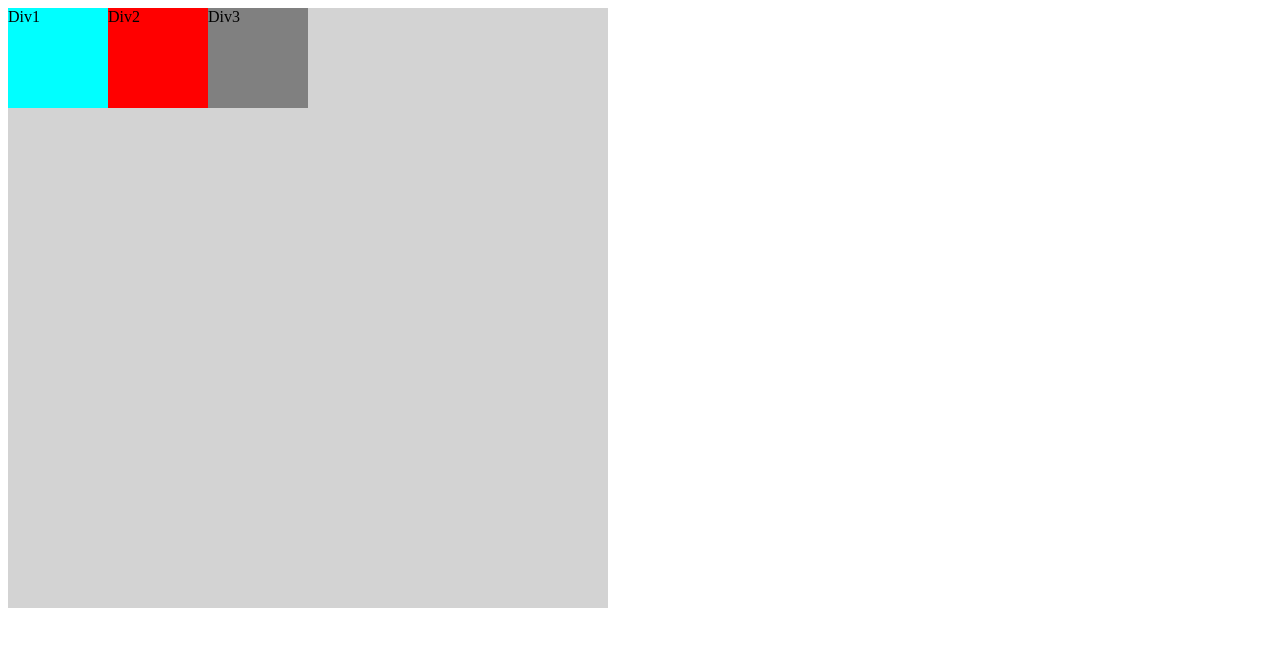
Repository: Sayan-100/Javascript
Page: Flex align content/index.html
These files come from the project's save history. The page is drawn as it stood at one moment and after the next save; the edit follows.
The browser window is 1280 px wide. The pictures show the whole page.

Above is the page before, as saved 2021-12-31 17:18:49.

After the next save:
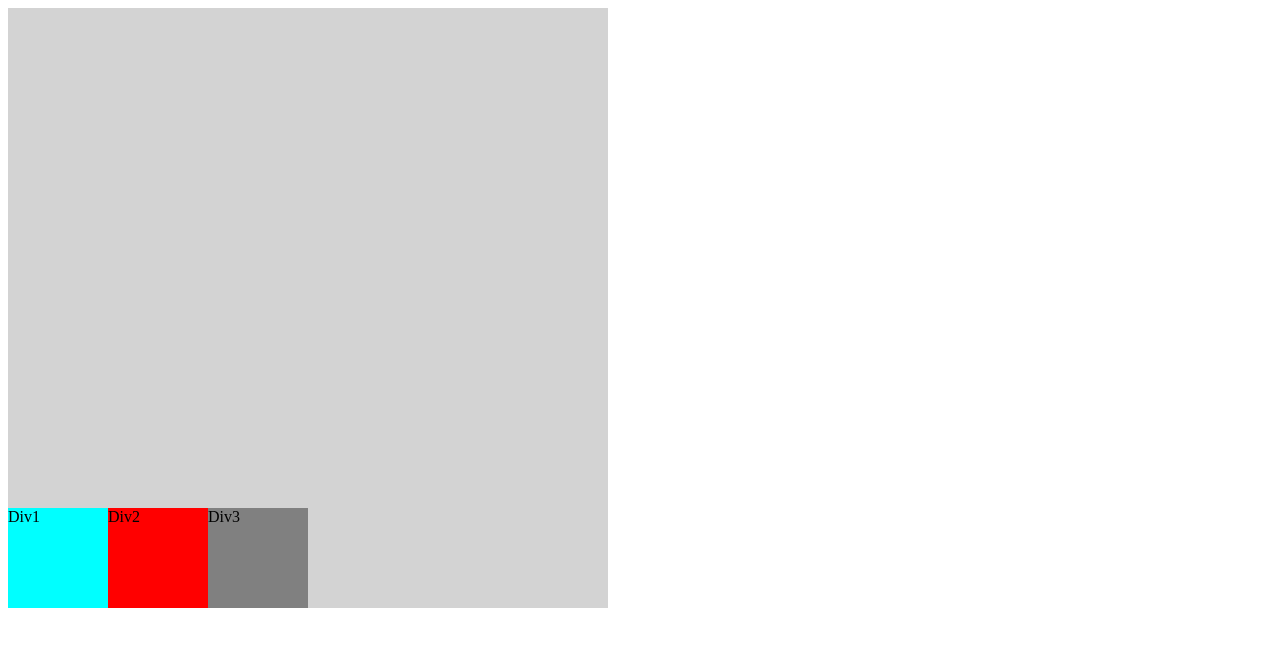
Saved 51 s later.
--- a/Flex align content/style.css
+++ b/Flex align content/style.css
@@ -20,7 +20,8 @@
      /* wrap in multiple lines */
      /* flex-wrap: wrap-reverse; */
      /*align items work perpendicular to the main axis*/
-     align-items: flex-start;
+     /* align-items: flex-start; */
+     align-items: flex-end;
  }
 
  #container div {

After the save that followed:
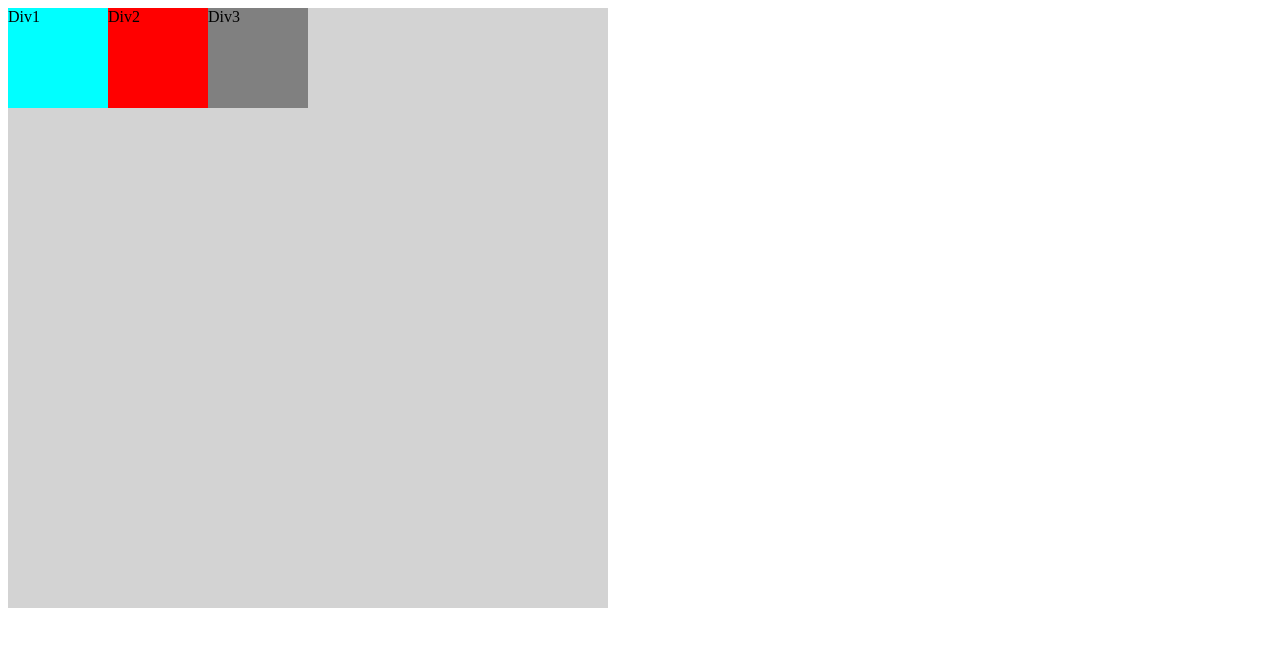
Saved 32 s later.
--- a/Flex align content/style.css
+++ b/Flex align content/style.css
@@ -21,7 +21,7 @@
      /* flex-wrap: wrap-reverse; */
      /*align items work perpendicular to the main axis*/
      /* align-items: flex-start; */
-     align-items: flex-end;
+     /* align-items: flex-end; */
  }
 
  #container div {
